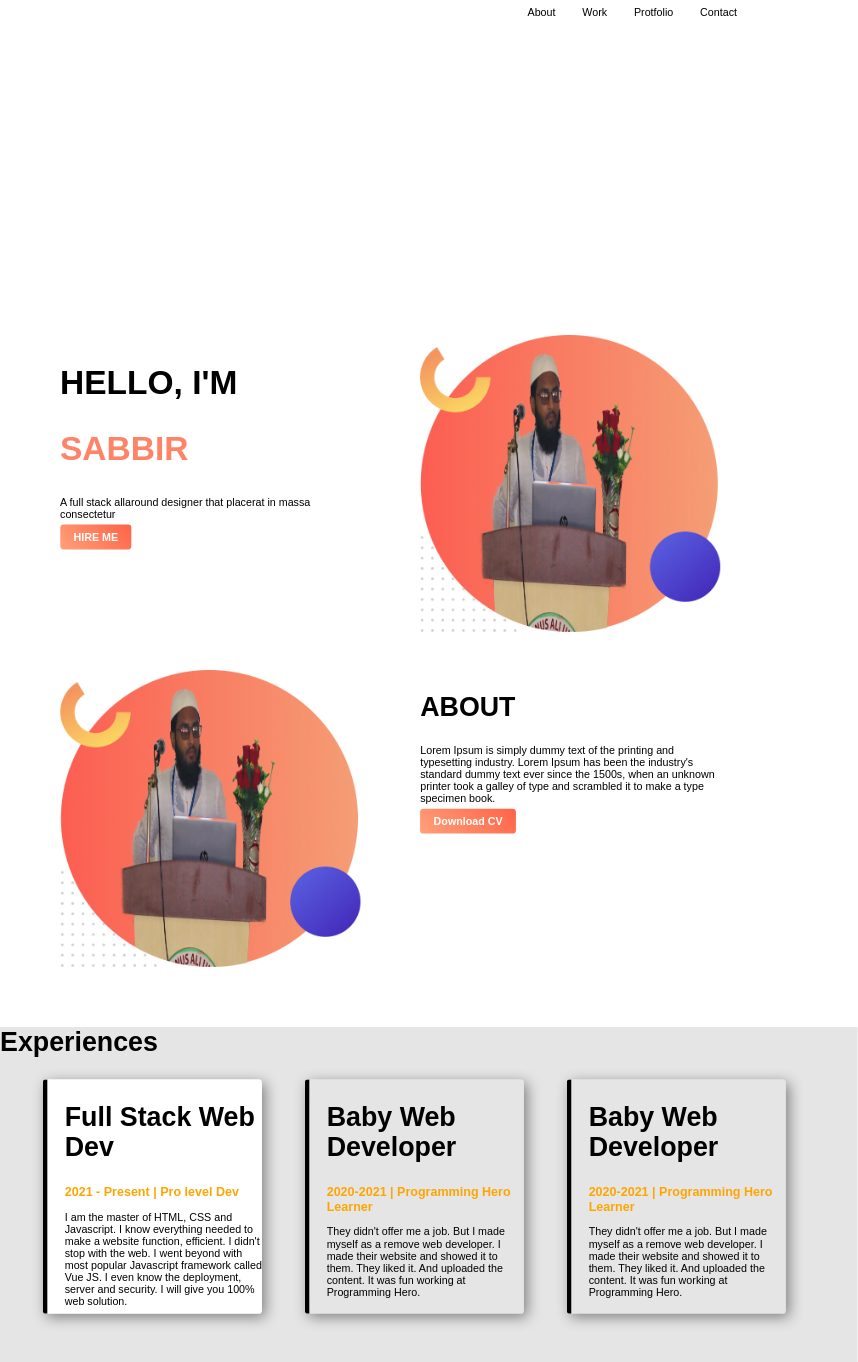
Repository: sabbircse3/personal-website
Page: index.html
An editor plug-in stored every save of this project. The page is shown before and after a run of saves, followed by the edit.
The browser window is 1280 px wide. The pictures show the whole page, at 67% of full size.

Above is the page before, as saved 2021-01-06 00:19:52.

After the next 2 saves:
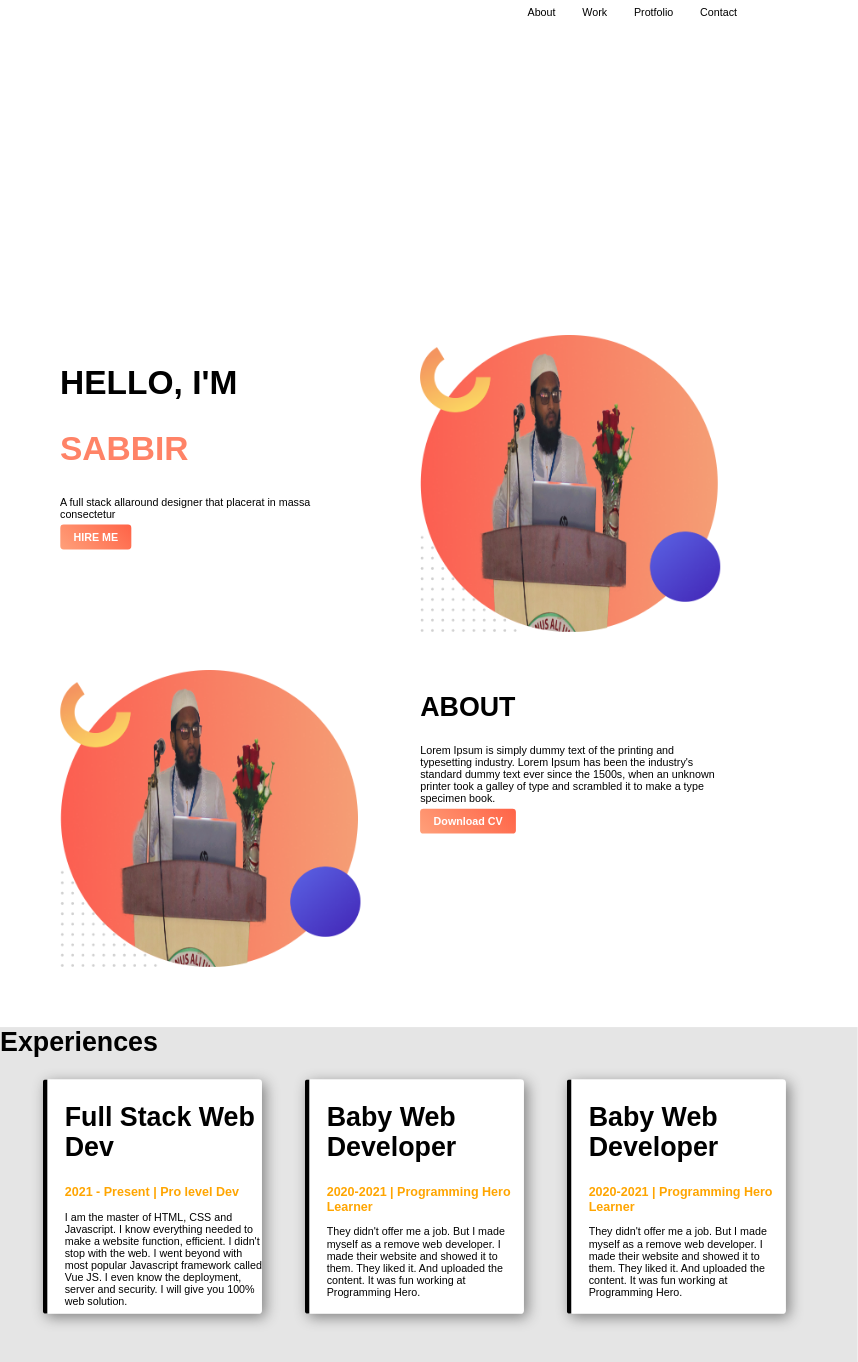
The 2 saves are shown as one change because they came seconds apart.
The last was saved 29 s later.
--- a/style.css
+++ b/style.css
@@ -66,7 +66,8 @@ section{
     background-color: white;
 }
 #baby-web{
-    border-left: 7px solid;
+	border-left: 7px solid;
+	background-color: white;
 }
 footer p{
     text-align: center;
